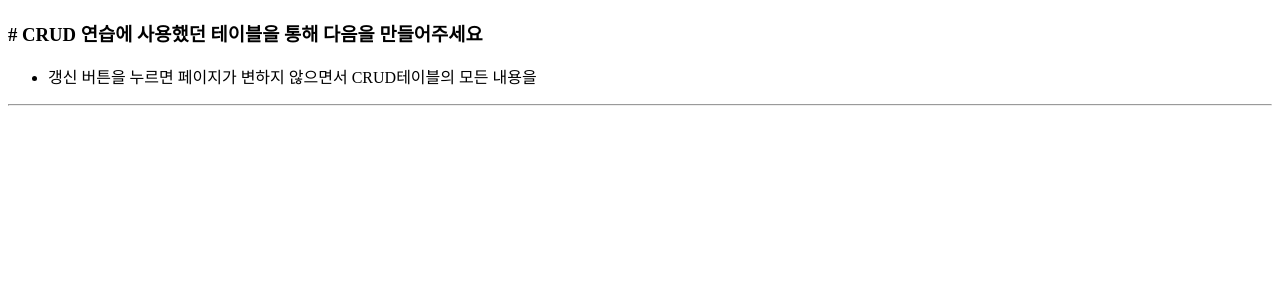
Repository: sirius455/spring-workspace
Page: http://localhost/Spring_REST/WEB-INF/views/ajax/crud_home.jsp
An editor plug-in stored every save of this project. The page is shown before and after the next save, followed by the edit.
The browser window is 1280 px wide. The pictures show the whole page.
The page is served by Tomcat 9. Nobody is signed in. Other server files are loaded and not shown. The template is opened directly, without the code that normally fills it, so the values that code supplies are empty.

Above is the page before, as saved 2021-08-05 06:05:13.

### Spring_REST/src/main/webapp/WEB-INF/views/ajax/crud_home.jsp
<%@ page language="java" contentType="text/html; charset=EUC-KR"
    pageEncoding="EUC-KR"%>
<!DOCTYPE html>
<html>
<head>
<meta charset="EUC-KR">
<title>Insert title here</title>
</head>
<body>
	<h3># CRUD 연습에 사용했던 테이블을 통해 다음을 만들어주세요</h3>

	<ul>
		<li>갱신 버튼을 누르면 페이지가 변하지 않으면서 CRUD테이블의 모든 내용을 </li>
	</ul>

<hr>

<table id="display"></table>

</body>
</html>

After the next save:
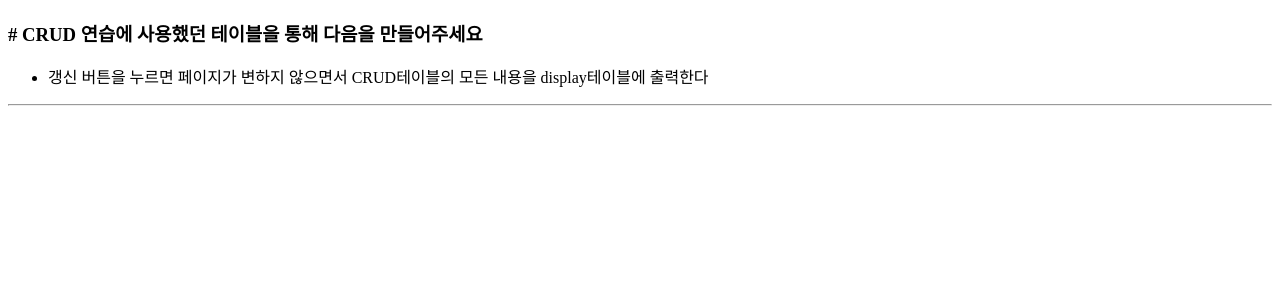
Saved 14 s later.
--- a/Spring_REST/src/main/webapp/WEB-INF/views/ajax/crud_home.jsp
+++ b/Spring_REST/src/main/webapp/WEB-INF/views/ajax/crud_home.jsp
@@ -10,7 +10,7 @@
 	<h3># CRUD 연습에 사용했던 테이블을 통해 다음을 만들어주세요</h3>
 
 	<ul>
-		<li>갱신 버튼을 누르면 페이지가 변하지 않으면서 CRUD테이블의 모든 내용을 </li>
+		<li>갱신 버튼을 누르면 페이지가 변하지 않으면서 CRUD테이블의 모든 내용을 display테이블에 출력한다</li>
 	</ul>
 
 <hr>
